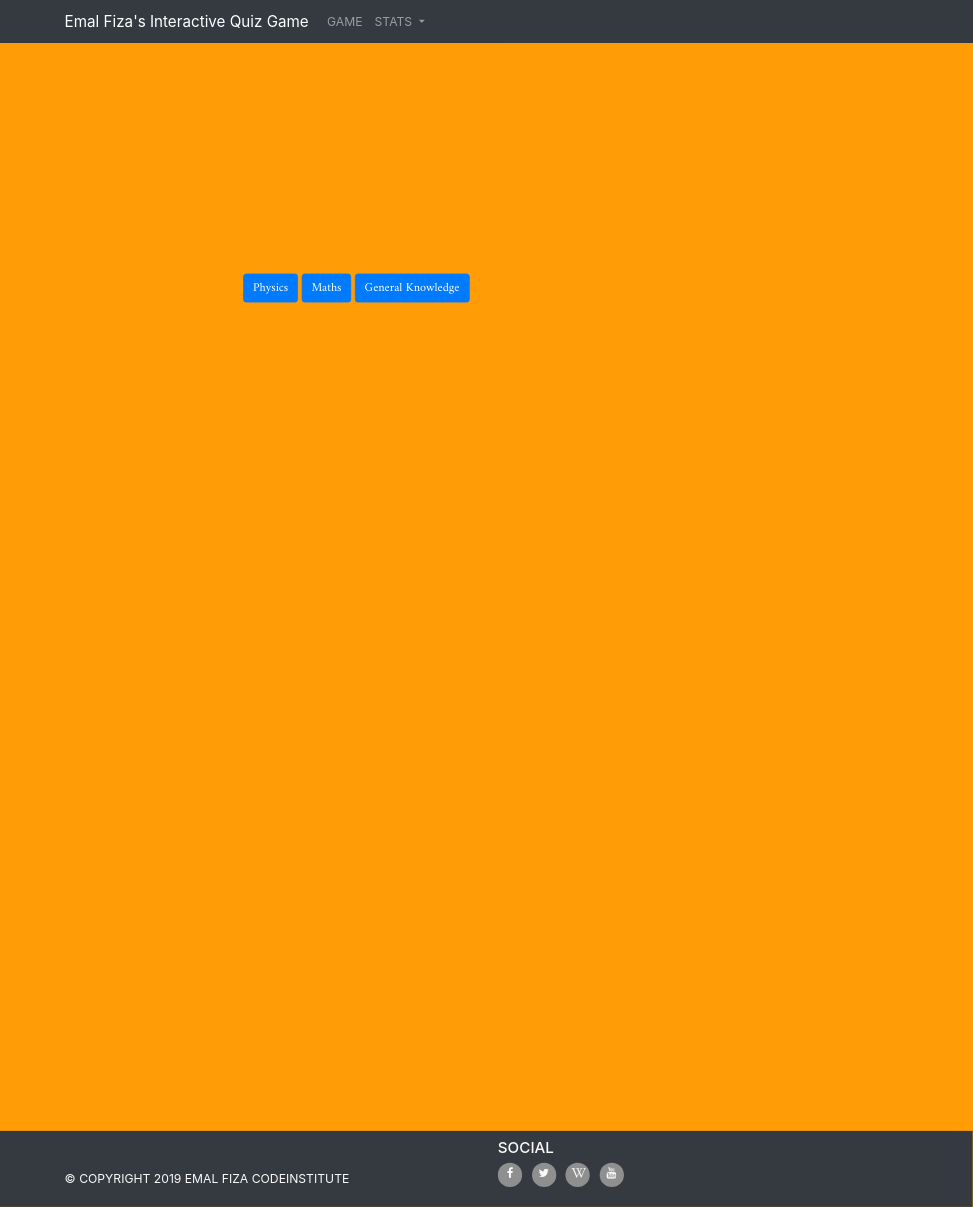
Repository: emalfiza/interactive-quiz-game
Page: index.html
The author's editor kept a record of every edit. The page is drawn from the files as they stood at one moment, then again after the next edit.
The browser window is 1280 px wide. The pictures show the whole page, at 76% of full size.
Some web fonts or font styles are not loaded; a fallback is used. Some web libraries are served in a nearby version.

Above is the page before.
Console error: TypeError: $(...).scrollspy is not a function

### index.html
<!DOCTYPE html>
<html lang="en">

<head>
    <meta charset="UTF-8">
    <meta name="viewport" content="width=device-width, initial-scale=1.0">
    <meta http-equiv="X-UA-Compatible" content="ie=edge">
    <!-- font awesome library -->
    <link rel="stylesheet" href="https://stackpath.bootstrapcdn.com/font-awesome/4.7.0/css/font-awesome.min.css" type="text/css">
    <!-- Bootstrap CDN -->
    <link rel="stylesheet" href="https://stackpath.bootstrapcdn.com/bootstrap/4.3.1/css/bootstrap.min.css" integrity="sha384-ggOyR0iXCbMQv3Xipma34MD+dH/1fQ784/j6cY/iJTQUOhcWr7x9JvoRxT2MZw1T" crossorigin="anonymous">
    <!-- local style sheet link to my css file comes after to make sure it render over bootstrap style -->
    <link rel="stylesheet" href="assets/css/style.css" type="text/css" />
    <title>Ineractive Quiz Game</title>
</head>

<body>
    <!-- Bootstrap navbar to hold the nav bar for the page -->
    <header>
        <nav id="mainNav" class="navbar navbar-expand-md bg-dark navbar-dark fixed-top">
            <div class="container">
                <a class="navbar-brand" href="#">Emal Fiza's Interactive Quiz Game</a>

                <!-- Toggler/collapsibe Button -->
                <button class="navbar-toggler" type="button" data-toggle="collapse" data-target="#collapsibleNavbar">
		        <span class="navbar-toggler-icon"></span>
		        </button>

                <!-- Navbar links -->
                <div class="collapse navbar-collapse" id="collapsibleNavbar">
                    <ul class="navbar-nav">
                        <li class="nav-item">
                            <a class="nav-link" href="game">GAME</a>
                        </li>
                        <li class="nav-item dropdown">
                            <a class="nav-link dropdown-toggle" data-toggle="dropdown" href="#">STATS
							<span class="caret"></span></a>
                            <ul class="dropdown-menu">
                                <li><a class="dropdown-item" href="#">Correct Answers</a></li>
                                <li><a class="dropdown-item" href="#">Incorrect Answers</a></li>
                            </ul>
                        </li>
                    </ul>
                </div>
            </div>
        </nav>
    </header>

    <!-- Main Bootstrap class padding 5 to hold the main content of the game -->
    <main class="pt-5">

        <!-- section to hold content for quiz game -->
        <section id="game" class="min-vw-100 min-vh-100">
            <!-- Bootsttrap predefined button class from the bootstarp ducomentation -->
            <div id="center">
                <button id="physics" type="button" class="btn btn-primary">Physics</button>
                <button id="maths" type="button" class="btn btn-primary">Maths</button>
                <button id="general" type="button" class="btn btn-primary">General Knowledge</button>
            </div>
            <div id="fullQuiz">
                <div>
                    <h1 id="heading1">TAKE THE QUIZ</h1>
                    <button id="startButton" type="button">Start!</button>
                </div>
                <div id="quizDiv">
                </div>
            </div>
        </section>

        <!-- section to hold content for stats of the game -->
        <section id="stats" class="min-vw-100 min-vh-100">

        </section>
    </main>

    <!--Footer html codes copy pasted from my Stream One Project: User-Centric Frontend Development - project-kabul Code Institute-->
    <footer class="container-fluid footer">
        <div class="container">
            <div class="row">
                <div class="col-sm-6">
                    <p class="uppercase general-sub special">&copy; Copyright 2019 Emal Fiza CodeInstitute</p>
                </div>
                <div class="col-sm-6">
                    <h5 class="uppercase general-sub">Social</h5>
                    <ul class="list-inline social-links">
                        <li class="list-inline-item">
                            <a target="_blank" href="https://www.facebook.com/places/Things-to-do-in-Kabul-Afghanistan/102164239825190/">
              <i class="fa fa-facebook" aria-hidden="true"></i>
              <span class="sr-only">Facebook</span>
            </a>
                        </li>
                        <li class="list-inline-item">
                            <a target="_blank" href="https://twitter.com/kabulnewstv">
              <i class="fa fa-twitter" aria-hidden="true"></i>
              <span class="sr-only">Twitter</span>
            </a>
                        </li>
                        <li class="list-inline-item">
                            <a target="_blank" href="https://en.wikipedia.org/wiki/Kabul">
              <i class="fa fa-wikipedia-w" aria-hidden="true"></i>
              <span class="sr-only">Wikipedia</span>
            </a>
                        </li>
                        <li class="list-inline-item">
                            <a target="_blank" href="https://www.youtube.com/watch?v=JuWQ4T8p5m0">
              <i class="fa fa-youtube" aria-hidden="true"></i>
              <span class="sr-only">YouTube</span>
            </a>
                        </li>
                    </ul>
                </div>
            </div>
        </div>

    </footer>

    <!-- Adding bootstrap javascript files and Jquery files -->
    <script src="https://code.jquery.com/jquery-3.4.1.min.js" integrity="sha256-CSXorXvZcTkaix6Yvo6HppcZGetbYMGWSFlBw8HfCJo=" crossorigin="anonymous">
    </script>
    <script src="https://cdnjs.cloudflare.com/ajax/libs/popper.js/1.14.7/umd/popper.min.js" integrity="sha384-UO2eT0CpHqdSJQ6hJty5KVphtPhzWj9WO1clHTMGa3JDZwrnQq4sF86dIHNDz0W1" crossorigin="anonymous">
    </script>
    <script src="https://stackpath.bootstrapcdn.com/bootstrap/4.3.1/js/bootstrap.min.js" integrity="sha384-JjSmVgyd0p3pXB1rRibZUAYoIIy6OrQ6VrjIEaFf/nJGzIxFDsf4x0xIM+B07jRM" crossorigin="anonymous">
    </script>
    <script src="https://code.jquery.com/jquery-3.1.0.js" integrity="sha256-slogkvB1K3VOkzAI8QITxV3VzpOnkeNVsKvtkYLMjfk=" crossorigin="anonymous">
    </script>
    <!-- Local JavaScript files links -->
    <script type="text/javascript" src="assets/js/main.js">
    </script>
    <script type="text/javascript" src="assets/js/questions.js">
    </script>
    <script type="text/javascript" src="assets/js/game.js">
    </script>
    <script type="text/javascript" src="assets/js/piechart.js">
    </script>
</body>

</html>

### assets/css/style.css
/*
▓█████  ███▄ ▄███▓ ▄▄▄       ██▓         █████▒██▓▒███████▒ ▄▄▄
▓█   ▀ ▓██▒▀█▀ ██▒▒████▄    ▓██▒       ▓██   ▒▓██▒▒ ▒ ▒ ▄▀░▒████▄
▒███   ▓██    ▓██░▒██  ▀█▄  ▒██░       ▒████ ░▒██▒░ ▒ ▄▀▒░ ▒██  ▀█▄
▒▓█  ▄ ▒██    ▒██ ░██▄▄▄▄██ ▒██░       ░▓█▒  ░░██░  ▄▀▒   ░░██▄▄▄▄██
░▒████▒▒██▒   ░██▒ ▓█   ▓██▒░██████▒   ░▒█░   ░██░▒███████▒ ▓█   ▓██▒
░░ ▒░ ░░ ▒░   ░  ░ ▒▒   ▓▒█░░ ▒░▓  ░    ▒ ░   ░▓  ░▒▒ ▓░▒░▒ ▒▒   ▓▒█░
 ░ ░  ░░  ░      ░  ▒   ▒▒ ░░ ░ ▒  ░    ░      ▒ ░░░▒ ▒ ░ ▒  ▒   ▒▒ ░
   ░   ░      ░     ░   ▒     ░ ░       ░ ░    ▒ ░░ ░ ░ ░ ░  ░   ▒
   ░  ░       ░         ░  ░    ░  ░           ░    ░ ░          ░  ░
                                                  ░


google font Amiri and Tomorrow imported from the google font the entire project*/
@import url('https://fonts.googleapis.com/css?family=Amiri:100,200,300,400,500,600,700|Tomorrow:100,200,300,400,500,600,700&display=swap');

/* Animation colour change css code copied from CodePen and slightly changed by myself */

body {
    animation: colorchange 45s infinite;
    /* animation-name followed by duration in seconds*/
    /* you could also use milliseconds (ms) or something like 2.5s */
    -webkit-animation: colorchange 45s infinite;
    /* Chrome and Safari */
}

@keyframes colorchange {
    0% {
        background: #ff0000;
    }
    25% {
        background: #ffc107;
    }
    50% {
        background: #0000ff;
    }
    75% {
        background: #008000;
    }
    100% {
        background: #ff0000;
    }
}

@-webkit-keyframes colorchange
/* Safari and Chrome - necessary duplicate */

    {
    0% {
        background: #ff0000;
    }
    25% {
        background: #ffc107;
    }
    50% {
        background: #0000ff;
    }
    75% {
        background: #008000;
    }
    100% {
        background: #ff0000;
    }
}

html,
body {
    margin: 0;
    padding: 0;
    overflow-x: hidden;
    /* to have smooth scroll effect */
    scroll-behavior: smooth;
}

/* Nav bar of the page */

/* to have the color changed when the scroltop() is greater than the height - main.js changes the color */

.scrolled {
    box-shadow: 0 .5rem 1rem grey;
    background-color: #ca2a67 !important;
    transition: background-color 400ms linear;
}

/* to toggle the color back with a smooth transition */

.fixed-top {
    transition: background-color 400ms linear;
}

.active {
    font-family: 'Amiri', sans-serif;
    font-weight: 700;
    color: white;
    transition: color 300ms linear, font-weight 300ms linear;
}

/* main content of the game page */
#center {
    position: absolute;
    width: 50%;
    height: 25%;
    top: 50%;
    left: 25%;
    margin: auto;
    border-radius: 20px;
}

.btn-primary {
    font-family: 'Amiri', Sans-Serif;
    position: relative;
    margin: auto;
}

/* */

#fullQuiz {
	width: 50%;
	display: flex;
	justify-content: center;
	flex-direction: column;
	margin-top: 10%;
    margin-left: 25%;
	border-radius: 20px;
    animation: newColorChange 50s infinite;
	-webkit-animation: newColorChange 50s infinite; /* Chrome and Safari */
}
@keyframes newColorChange {
	0% {border-color: white; box-shadow: 0 0 30px black;}
	50% {border-color: black; box-shadow: 0 0 30px white;}
}

@-webkit-keyframes newColorChange {
	0% {border: 5px solid white; box-shadow: 0 0 30px black;}
	50% {border: 5px solid black; box-shadow: 0 0 30px white;}
}

#fullQuiz {

}

#quizDiv {
	margin: 0 auto;
	text-align: center;
}

#quiz {
    text-align: center;
    font-family: 'Tomorrow', sans-serif;
    text-shadow: 1px 1px 1px black;
}

h1{
    margin: 0 auto;
	text-align: center;
	font-family: 'Tomorrow', sans-serif;
	font-size: 60px;
	color: white;
	text-shadow: 1px 1px 1px black;
  }


h2 {
	color: white;
	text-shadow: 1px 1px 1px black;
}

h3{
	color: white;
	text-shadow: 1px 1px 1px black;
}

label {
	color: white;
	text-shadow: 1px 1px 1px black;
}


#questionDiv {
	margin: 0 auto;
	display: inline-block;
	padding-right: 20px;
}

input[type="radio"] {
	padding: 10px 10px;
}

#startButton {
	width: 20%;
	margin: 0 auto;
	height: 40px;
	border-radius: 4px;
	background-color: white;
	font-size: 16px;
	font-family: 'Amiri', sans-serif;
	box-shadow: 0 0 10px gray;
	margin-bottom: 40px;
}

#submitButton {
	margin-top: 40px;
	margin-bottom: 40px;
}

#startButton:focus {
	border-color: red;
}

/* Footer css codes copy pasted from my Stream One Project: User-Centric Frontend Development - project-kabul Code Institute */
footer {
    background-color: #343a40!important;
    color: #fafafa;
    min-height: 100px;
}

.footer {
    position: relative;
    left: 0;
    bottom: 0;
    width: 100%;
}

.uppercase {
    text-transform: uppercase;
}

/* --The font-family for the general-sub I copied from the bootsratp navbar "DevTool" of my home page
because I wanted my footer font family to match my navbar--*/

.general-sub {
    font-family: -apple-system, BlinkMacSystemFont, "Segoe UI", Roboto, "Helvetica Neue",
    Arial, "Noto Sans", sans-serif, "Apple Color Emoji", "Segoe UI Emoji", "Segoe UI Symbol", "Noto Color Emoji";
    margin-top: 10px;
}

.special {
    margin-left: 0px;
    margin-top: 50px;
}

.social-links {
    padding: 0;
}

.social-links li a i {
    position: relative;
    width: 32px;
    height: 32px;
    padding: 8px;
    border-radius: 50%;
    font-size: 15px;
    line-height: 12px;
    text-align: center;
    color: #fafafa;
    background-color: #8f8f8f;
    transition: all 0.40s ease-in-out;
    -moz-transition: all 0.40s ease-in-out;
    -webkit-transition: all 0.40s ease-in-out;
    -o-transition: all 0.40s ease-in-out;
}

.social-links li a i:hover {
    background-color: #252525;
}

### assets/js/main.js
$(function () {
  $(document).scroll(function () {
    var $nav = $(".fixed-top");
    $nav.toggleClass('scrolled', $(this).scrollTop() > $nav.height());
  });

});
/*
Got help from:
https://github.com/BlackrockDigital/startbootstrap-scrolling-nav/blob/master/js/scrolling-nav.js
*/
(function($) {
  "use strict"; // Start of use strict
  // Activate scrollspy to add active class to navbar items on scroll
  $('body').scrollspy({
    target: '#mainNav',
    offset: 56
  });

})(jQuery); // End of use strict


$(document).ready(function() {
    $.getJSON("assets/js/test.json", function(jsonObject) {
        console.log(jsonObject.quizTitle); // this will show the info it in firebug console
        console.log(jsonObject.questions[0].correctAnswer); // this will show the info it in firebug console
    });
});

### assets/js/piechart.js
/**
 * LightningChartJS example that shows the creation of a Pie Chart.
 */
// Import LightningChartJS
const lcjs = require('@arction/lcjs');

// Extract required parts from LightningChartJS.
const {
  lightningChart,
  PieChartTypes,
  LegendBoxBuilders,
  SliceLabelFormatters,
  SolidFillPalette,
  ColorPalettes
} = lcjs;

const pie = lightningChart().Pie({ type: PieChartTypes.LabelsOnSides })
.setTitle('Project Time Division')
.setAnimationsEnabled(true)
.setMultipleSliceExplosion(true);

// ----- User defined data -----
const data = [
  {
    name: 'Planning',
    value: 40
  },
  {
    name: 'Development',
    value: 120
  },
  {
    name: 'Testing',
    value: 60
  },
  {
    name: 'Review',
    value: 24
  },
  {
    name: 'Bug Fixing',
    value: 90
  }
];

// ----- Create Slices -----
const slices = data.map((item) => pie.addSlice(item.name, item.value));

// Specify function which generates text for Slice Labels(LabelFormatter).
pie.setLabelFormatter(SliceLabelFormatters.NamePlusRelativeValue);

// ----- Add LegendBox -----
pie.addLegendBox(LegendBoxBuilders.VerticalLegendBox)
  .setPosition({ x: 0, y: 0 })
  .setOrigin({ x: -1, y: -1 })
  .setMargin({ bottom: 5, left: 5 })
  .add(pie);

// ----- Create fullSpectrum Palette for Pie (defines color of Slice filling) ----
const palette = SolidFillPalette(ColorPalettes.fullSpectrum, 5);
pie.setSliceFillStyle(palette);

Loaded but not shown: assets/js/questions.js (155 lines, source omitted); assets/js/game.js (118 lines, source omitted)

After the next edit:
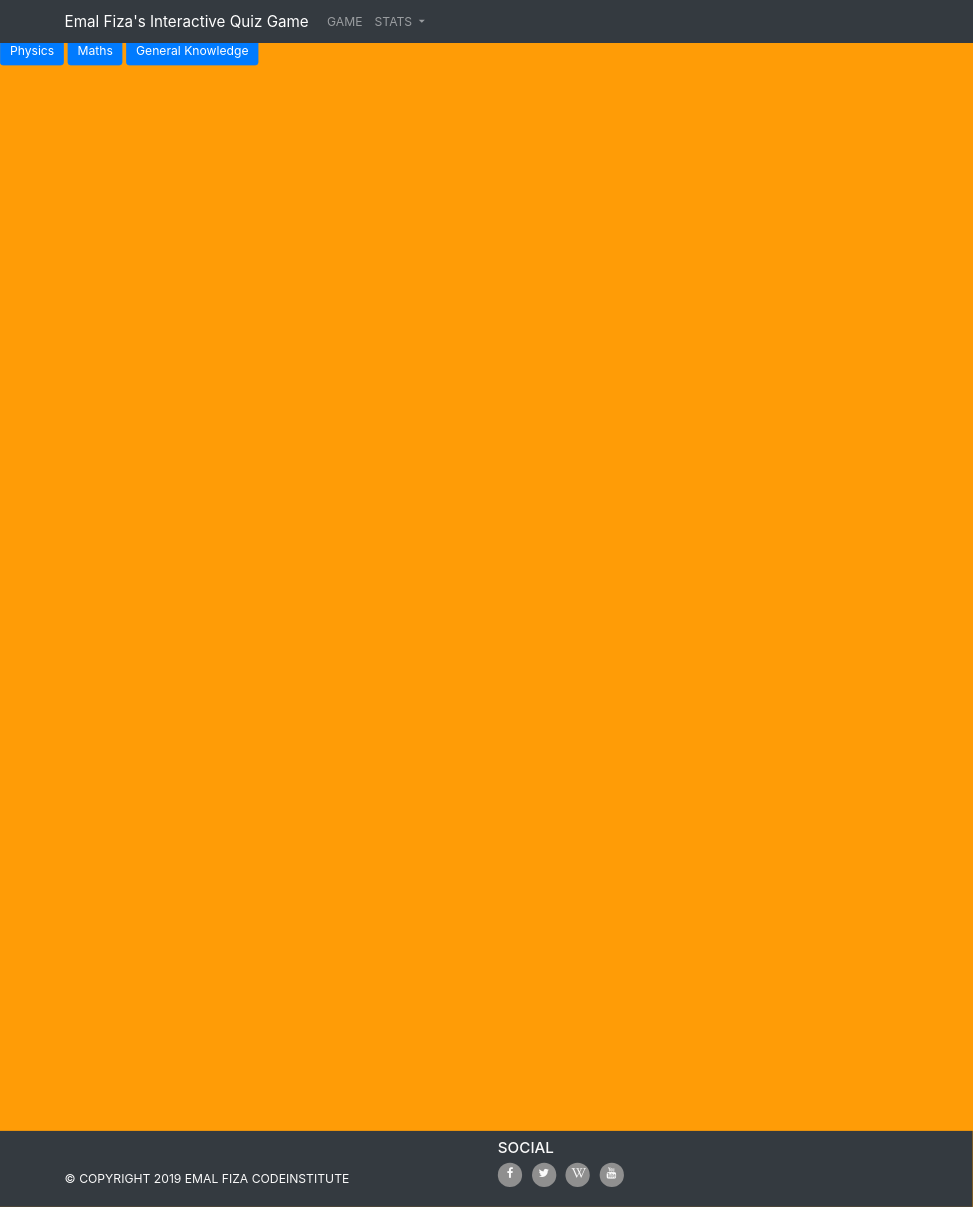
The edit:
--- a/assets/css/style.css
+++ b/assets/css/style.css
@@ -12,6 +12,7 @@
 
 
 google font Amiri and Tomorrow imported from the google font the entire project*/
+
 @import url('https://fonts.googleapis.com/css?family=Amiri:100,200,300,400,500,600,700|Tomorrow:100,200,300,400,500,600,700&display=swap');
 
 /* Animation colour change css code copied from CodePen and slightly changed by myself */
@@ -96,6 +97,8 @@
 }
 
 /* main content of the game page */
+
+/*
 #center {
     position: absolute;
     width: 50%;
@@ -115,33 +118,43 @@
 /* */
 
 #fullQuiz {
-	width: 50%;
-	display: flex;
-	justify-content: center;
-	flex-direction: column;
-	margin-top: 10%;
+    width: 50%;
+    display: flex;
+    justify-content: center;
+    flex-direction: column;
+    margin-top: 10%;
     margin-left: 25%;
-	border-radius: 20px;
+    border-radius: 20px;
     animation: newColorChange 50s infinite;
-	-webkit-animation: newColorChange 50s infinite; /* Chrome and Safari */
-}
+    -webkit-animation: newColorChange 50s infinite;
+    /* Chrome and Safari */
+}
+
 @keyframes newColorChange {
-	0% {border-color: white; box-shadow: 0 0 30px black;}
-	50% {border-color: black; box-shadow: 0 0 30px white;}
+    0% {
+        border-color: white;
+        box-shadow: 0 0 30px black;
+    }
+    50% {
+        border-color: black;
+        box-shadow: 0 0 30px white;
+    }
 }
 
 @-webkit-keyframes newColorChange {
-	0% {border: 5px solid white; box-shadow: 0 0 30px black;}
-	50% {border: 5px solid black; box-shadow: 0 0 30px white;}
-}
-
-#fullQuiz {
-
+    0% {
+        border: 5px solid white;
+        box-shadow: 0 0 30px black;
+    }
+    50% {
+        border: 5px solid black;
+        box-shadow: 0 0 30px white;
+    }
 }
 
 #quizDiv {
-	margin: 0 auto;
-	text-align: center;
+    margin: 0 auto;
+    text-align: center;
 }
 
 #quiz {
@@ -150,64 +163,65 @@
     text-shadow: 1px 1px 1px black;
 }
 
-h1{
-    margin: 0 auto;
-	text-align: center;
-	font-family: 'Tomorrow', sans-serif;
-	font-size: 60px;
-	color: white;
-	text-shadow: 1px 1px 1px black;
-  }
+h1 {
+    margin: 0 auto;
+    text-align: center;
+    font-family: 'Tomorrow', sans-serif;
+    font-size: 60px;
+    color: white;
+    text-shadow: 1px 1px 1px black;
+}
 
 
 h2 {
-	color: white;
-	text-shadow: 1px 1px 1px black;
-}
-
-h3{
-	color: white;
-	text-shadow: 1px 1px 1px black;
+    color: white;
+    text-shadow: 1px 1px 1px black;
+}
+
+h3 {
+    color: white;
+    text-shadow: 1px 1px 1px black;
 }
 
 label {
-	color: white;
-	text-shadow: 1px 1px 1px black;
+    color: white;
+    text-shadow: 1px 1px 1px black;
 }
 
 
 #questionDiv {
-	margin: 0 auto;
-	display: inline-block;
-	padding-right: 20px;
+    margin: 0 auto;
+    display: inline-block;
+    padding-right: 20px;
 }
 
 input[type="radio"] {
-	padding: 10px 10px;
+    padding: 10px 10px;
 }
 
 #startButton {
-	width: 20%;
-	margin: 0 auto;
-	height: 40px;
-	border-radius: 4px;
-	background-color: white;
-	font-size: 16px;
-	font-family: 'Amiri', sans-serif;
-	box-shadow: 0 0 10px gray;
-	margin-bottom: 40px;
+    width: 20%;
+    margin: 0 auto;
+    height: 40px;
+    border-radius: 4px;
+    background-color: white;
+    font-size: 16px;
+    font-family: 'Amiri', sans-serif;
+    box-shadow: 0 0 10px gray;
+    margin-bottom: 40px;
 }
 
 #submitButton {
-	margin-top: 40px;
-	margin-bottom: 40px;
+    margin-top: 40px;
+    margin-bottom: 40px;
 }
 
 #startButton:focus {
-	border-color: red;
+    border-color: red;
 }
 
 /* Footer css codes copy pasted from my Stream One Project: User-Centric Frontend Development - project-kabul Code Institute */
+
 footer {
     background-color: #343a40!important;
     color: #fafafa;

After the 2 edits that followed:
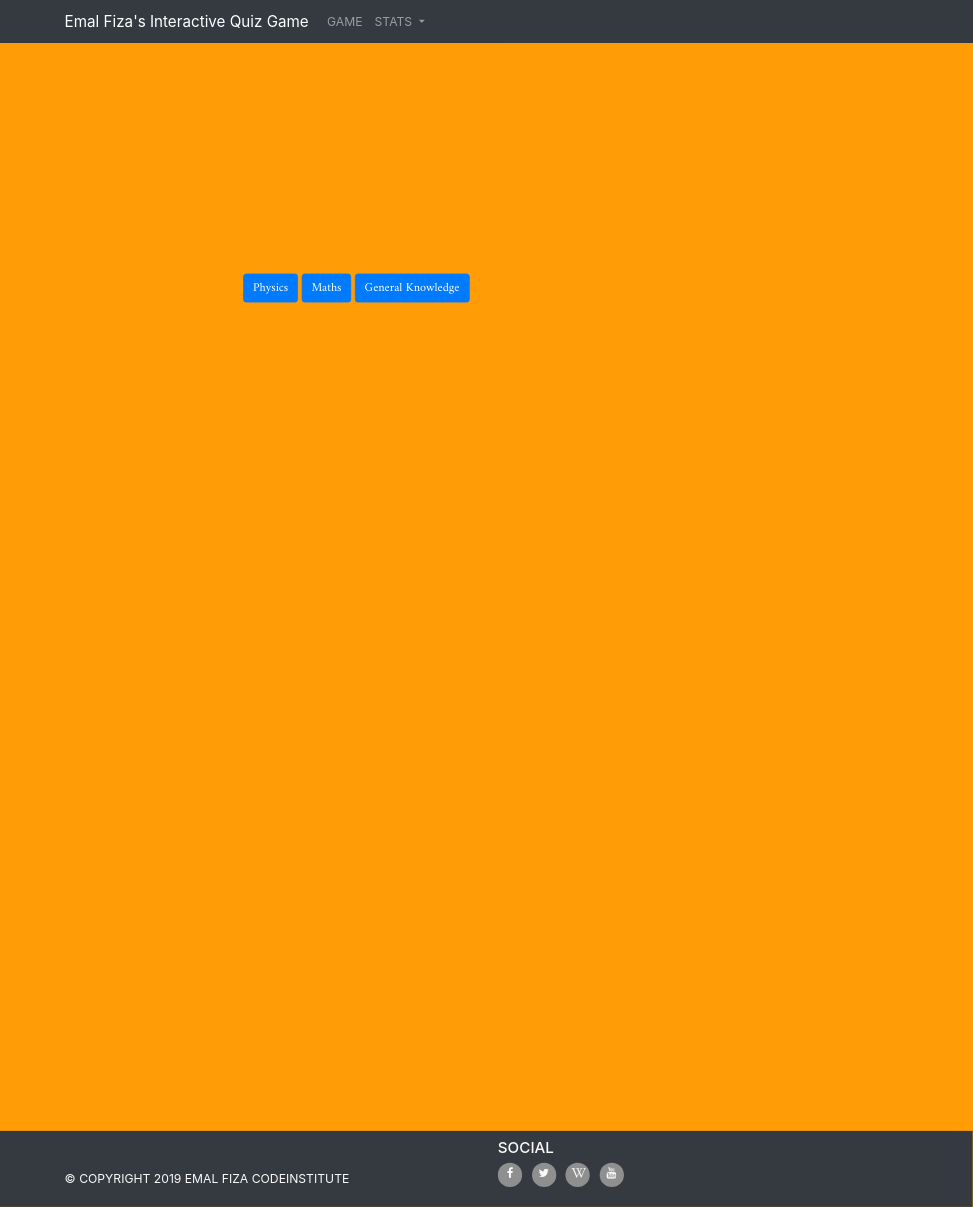
The 2 edits are shown as one change because 1 left the picture as it was.
The edit:
--- a/assets/css/style.css
+++ b/assets/css/style.css
@@ -98,7 +98,6 @@
 
 /* main content of the game page */
 
-/*
 #center {
     position: absolute;
     width: 50%;
@@ -108,6 +107,7 @@
     margin: auto;
     border-radius: 20px;
 }
+
 
 .btn-primary {
     font-family: 'Amiri', Sans-Serif;
